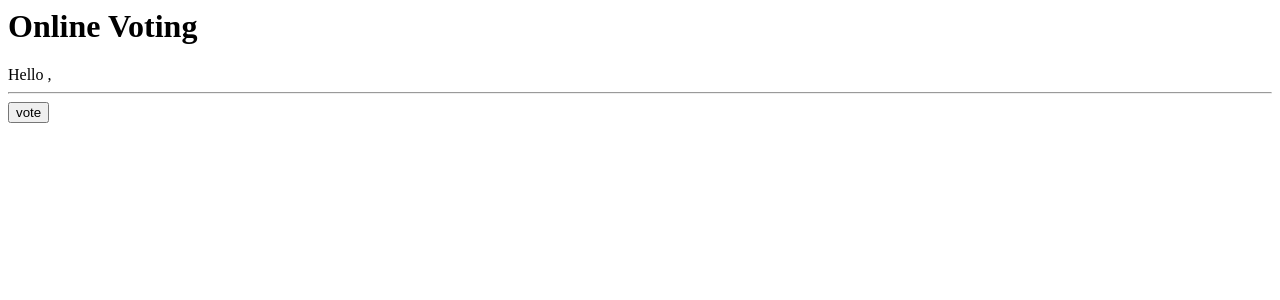
Repository: bhageshchincholi/AdvanceJava
Page: http://localhost/Election/candidateList
The author's editor kept a copy of each file at every save. The page is drawn from the files as they stood at one save, then again after a run of saves.
The browser window is 1280 px wide. The pictures show the whole page.
The page is served by Tomcat 9. Other server files are loaded and not shown. Queries for data that is not in the repository find no rows.

Above is the page before, as saved 2024-06-09 12:22:33.

### Election/Election/src/main/java/com/election/Servlets/CandidateServlet.java
package com.election.Servlets;

import java.io.IOException;
import java.io.PrintWriter;
import java.util.ArrayList;
import java.util.List;

import javax.servlet.ServletContext;
import javax.servlet.ServletException;
import javax.servlet.annotation.WebServlet;
import javax.servlet.http.Cookie;
import javax.servlet.http.HttpServlet;
import javax.servlet.http.HttpServletRequest;
import javax.servlet.http.HttpServletResponse;

import com.election.DAO.CandidateDAO;
import com.election.DAO.CandidateDaoImpl;
import com.election.entity.Candidate;

//@WebServlet("/candidateList");
public class CandidateServlet extends HttpServlet {

	@Override
	protected void doGet(HttpServletRequest request, HttpServletResponse response) throws ServletException, IOException {
		processRequest(request, response);
	}

	@Override
	protected void doPost(HttpServletRequest request, HttpServletResponse response) throws ServletException, IOException {
		processRequest(request, response);
	}

	protected void processRequest(HttpServletRequest request, HttpServletResponse response) throws ServletException , IOException
	{
		List<Candidate> candidateList = new ArrayList<Candidate>();
		try(CandidateDAO candidate = new CandidateDaoImpl())
		{
			 candidateList = candidate.findAll();
		}
		catch(Exception e)
		{
			e.printStackTrace();
			throw new ServletException(e);
		}

		response.setContentType("text/html");
		PrintWriter out = response.getWriter();
		out.println("<html>");
		out.println("<head>");
		out.println("<title>Candidate List</title>");
		out.println("</head>");
		out.println("<body>");
		out.println("<h1>Online Voting</h1>");

		String username = "";
		Cookie[] arr = request.getCookies();
		if(arr != null)
		{
			for(Cookie c : arr)
			{
				if(c.getName().equals("uname"))
				{
					username = c.getValue();
					break;
				}
			}
		}

		out.printf("Hello , %s<hr/>\n",username);

		ServletContext serv = this.getServletContext();
		 String message = (String) serv.getAttribute("announcement");
		 if(message != null)
			 out.printf("Announcement : %s <br/><br/>\n",message);
		out.println("<form method='post' action='vote'>");
		for(Candidate c: candidateList)
		{
			out.printf("<input type = 'radio' name= 'candidate' value='%d'/> %s (%s) <br/> \n",c.getId(), c.getName(), c.getParty());
		}
		out.println("<input type='submit' value='vote'/>");
		out.println("</form>");
		out.println("</body>");
		out.println("</html>");
	}

}

### Election/Election/src/main/java/com/election/DAO/DAO.java
package com.election.DAO;

import java.sql.Connection;
import java.sql.SQLException;

import com.election.utils.DBUtil;

public class DAO {

	protected Connection connection;
	public DAO() throws Exception {
		connection = DBUtil.getConnection();
	}
	public void close() {
		try {
			if(connection != null)
				connection.close();
		} catch (SQLException e) {
			e.printStackTrace();
		}
	}
}

### Election/Election/src/main/java/com/election/DAO/CandidateDaoImpl.java
package com.election.DAO;

import java.sql.PreparedStatement;
import java.sql.ResultSet;
import java.util.ArrayList;
import java.util.List;

import com.election.entity.Candidate;
public class CandidateDaoImpl extends DAO implements CandidateDAO {

	public CandidateDaoImpl() throws Exception {
	}
	public int deleteById(int id) throws Exception {
		String sql = "DELETE FROM candidates WHERE id=?";
		try(PreparedStatement stmt = connection.prepareStatement(sql)) {
			stmt.setInt(1, id);
			int cnt = stmt.executeUpdate();
			return cnt;
		} //stmt.close();
	}
	public List<Candidate> findAll() throws Exception {
		List<Candidate> list = new ArrayList<>();
		String sql = "SELECT * FROM candidates";
		try(PreparedStatement stmt = connection.prepareStatement(sql)) {
			try(ResultSet rs = stmt.executeQuery()) {
				while(rs.next()) {
					int id = rs.getInt("id");
					String name = rs.getString("name");
					String party = rs.getString("party");
					int votes = rs.getInt("votes");
					Candidate c = new Candidate(id, name, party, votes);
					list.add(c);
				}
			} // rs.close();
		} // stmt.close();
		return list;
	}
	public int incrementVote(int candidateId) throws Exception {
		String sql = "UPDATE candidates SET votes=votes+1 WHERE id=?";
		try(PreparedStatement stmt = connection.prepareStatement(sql)) {
			stmt.setInt(1, candidateId);
			int cnt = stmt.executeUpdate();
			return cnt;
		} //stmt.close();
	}
	public List<Candidate> findByParty(String givenParty) throws Exception {
		List<Candidate> list = new ArrayList<>();
		String sql = "SELECT * FROM candidates WHERE party=?";
		try(PreparedStatement stmt = connection.prepareStatement(sql)) {
			stmt.setString(1, givenParty);
			try(ResultSet rs = stmt.executeQuery()) {
				while(rs.next()) {
					int id = rs.getInt("id");
					String name = rs.getString("name");
					String party = rs.getString("party");
					int votes = rs.getInt("votes");
					Candidate c = new Candidate(id, name, party, votes);
					list.add(c);
				}
			} // rs.close();
		} // stmt.close();
		return list;
	}

	public Candidate findById(int id)throws Exception {
		String sql = "SELECT * FROM candidates WHERE id = ?";
		try(PreparedStatement stmt = connection.prepareStatement(sql)) {
			stmt.setInt(1, id);
			try(ResultSet rs = stmt.executeQuery()) {
				while(rs.next()) {
					id = rs.getInt("id");
					String name = rs.getString("name");
					String party = rs.getString("party");
					int votes = rs.getInt("votes");
					Candidate c = new Candidate(id, name, party, votes);
					return c;
				}
			} // rs.close();
		} // stmt.close();
		return null;
	}

	public int save(Candidate c) throws Exception {
		String sql = "INSERT INTO candidates VALUES(default, ?, ?, ?)";
		try(PreparedStatement stmt = connection.prepareStatement(sql)) {
			stmt.setString(1, c.getName());
			stmt.setString(2, c.getParty());
			stmt.setInt(3, c.getVotes());
			return stmt.executeUpdate();
		} // stmt.close();
	}
	public int update(Candidate c) throws Exception {
		String sql = "UPDATE candidates SET name=?, party=?, votes=? WHERE id=?";
		try(PreparedStatement stmt = connection.prepareStatement(sql)) {
			stmt.setString(1, c.getName());
			stmt.setString(2, c.getParty());
			stmt.setInt(3, c.getVotes());
			stmt.setInt(4, c.getId());
			return stmt.executeUpdate();
		} // stmt.close();
	}
	public List<Candidate> getCandidatewiseVotes() throws Exception {
		List<Candidate> list = new ArrayList<>();
		String sql = "SELECT * FROM candidates ORDER BY votes DESC";
		try(PreparedStatement stmt = connection.prepareStatement(sql)) {
			try(ResultSet rs = stmt.executeQuery()) {
				while(rs.next()) {
					int id = rs.getInt("id");
					String name = rs.getString("name");
					String party = rs.getString("party");
					int votes = rs.getInt("votes");
					Candidate c = new Candidate(id, name, party, votes);
					list.add(c);
				}
			} // rs.close();
		} // stmt.close();
		return list;
	}
}

### Election/Election/src/main/java/com/election/utils/DBUtil.java
package com.election.utils;

import java.sql.Connection;
import java.sql.DriverManager;
import java.sql.SQLException;

public class DBUtil {

	public static final String DB_DRIVER = "com.mysql.cj.jdbc.Driver";
	public static final String DB_URL = "jdbc:mysql://localhost:3306/electiondb";
	public static final String DB_USER = "root";
	public static final String DB_PASSWD = "manager";


	//  if db driver is not present then it will exit
	static {
		try {
			Class.forName(DB_DRIVER);
		} catch (ClassNotFoundException e) {
			e.printStackTrace();
			System.exit(1);
		}
	}

	public static Connection getConnection() throws SQLException {
		Connection connection = DriverManager.getConnection(DB_URL, DB_USER, DB_PASSWD);
		return connection;
	}

}

After the next 4 saves:
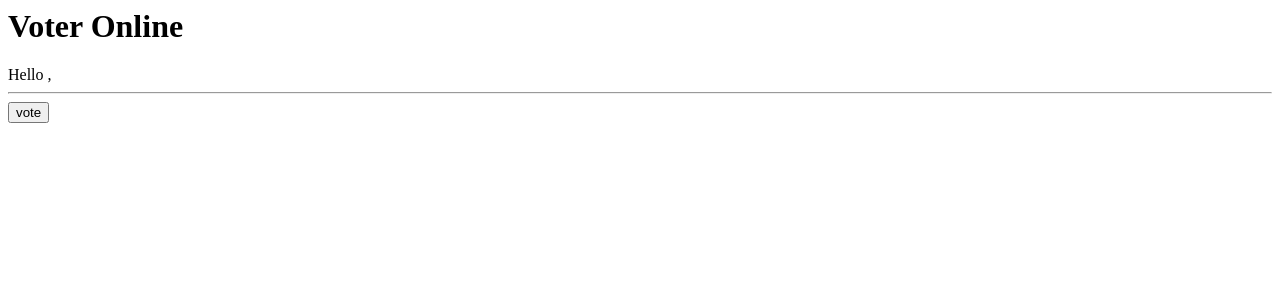
The 4 saves are shown as one change because 3 did not build or start.
The last was saved 3 min 22 s later.
--- a/Election/Election/src/main/java/com/election/Servlets/CandidateServlet.java
+++ b/Election/Election/src/main/java/com/election/Servlets/CandidateServlet.java
@@ -50,7 +50,12 @@ public class CandidateServlet extends HttpServlet {
 		out.println("<title>Candidate List</title>");
 		out.println("</head>");
 		out.println("<body>");
-		out.println("<h1>Online Voting</h1>");
+//		out.println("<h1>Online Voting</h1>");
+
+		ServletContext serv1 = this.getServletContext();
+		// Here AppTitle will come on web.xml
+		String appTitle = serv1.getInitParameter("AppTitle");
+		out.printf("<h1>%s</h1>",appTitle);
 
 		String username = "";
 		Cookie[] arr = request.getCookies();
